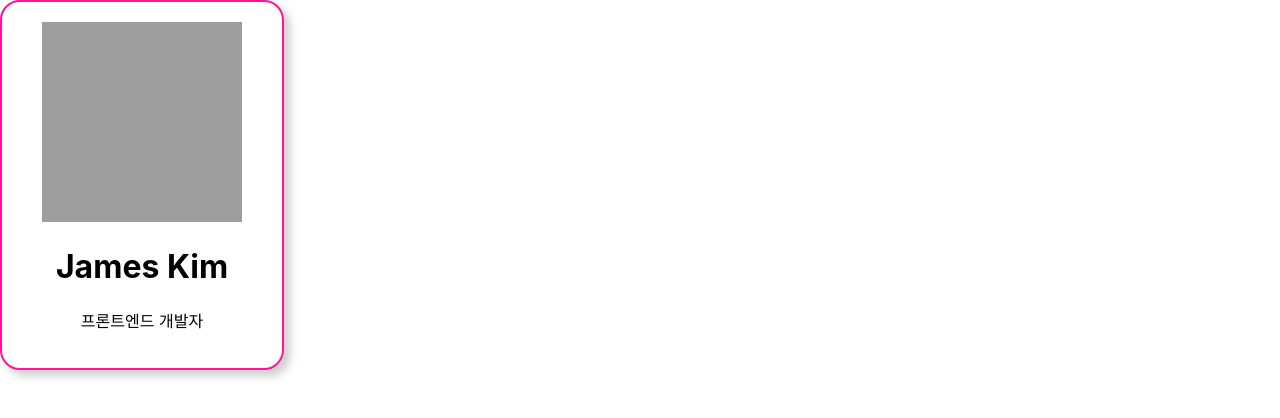
Repository: dnjfht/css-example
Page: /
The author's editor kept a copy of each file at every save. The page is drawn from the files as they stood at one save, then again after the next save.
The browser window is 1280 px wide. The pictures show the whole page.
Pictures or frames that could not be fetched are drawn as grey boxes. The project was rebuilt for these pictures with package versions that can differ from the ones it lists, and the page was loaded fresh each time. Also part of the build but not shown: src/App.css.

Above is the page before, as saved 2023-05-09 09:06:58.

### src/App.js
import "./App.css";
import Profile from "./components/Profile";

function App() {
  const name = "승민";
  const list = ["우유", "딸기", "바나나"];

  return (
    <>
      <Profile />
    </>
  );
}

export default App;

### src/components/Profile.jsx
import React from "react";

export default function Profile() {
  return (
    <div
      style={{
        width: 240,
        padding: 20,
        textAlign: "center",
        border: "2px solid deeppink",
        borderRadius: 20,
        boxShadow: "6px 6px 10px rgba(0,0,0,0.2)",
      }}
    >
      <img
        style={{ width: 200, height: 200, objectFit: "cover" }}
        src="https://images.unsplash.com/photo-1618641986557-1ecd230959aa?ixlib=rb-4.0.3&ixid=MnwxMjA3fDB8MHxwaG90by1wYWdlfHx8fGVufDB8fHx8&auto=format&fit=crop&w=687&q=80"
        alt="profileImg"
      />
      <h1>James Kim</h1>
      <p>프론트엔드 개발자</p>
    </div>
  );
}

Loaded but not shown: public/index.html (common file); src/index.js (common file); src/index.css (common file); src/reportWebVitals.js (common file)

After the next save:
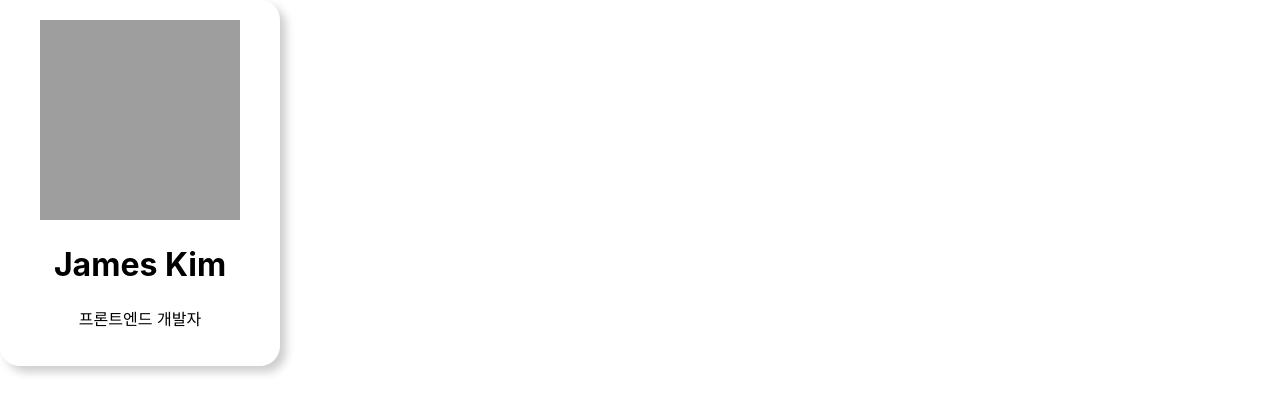
Saved 6 s later.
--- a/src/components/Profile.jsx
+++ b/src/components/Profile.jsx
@@ -7,7 +7,6 @@ export default function Profile() {
         width: 240,
         padding: 20,
         textAlign: "center",
-        border: "2px solid deeppink",
         borderRadius: 20,
         boxShadow: "6px 6px 10px rgba(0,0,0,0.2)",
       }}
